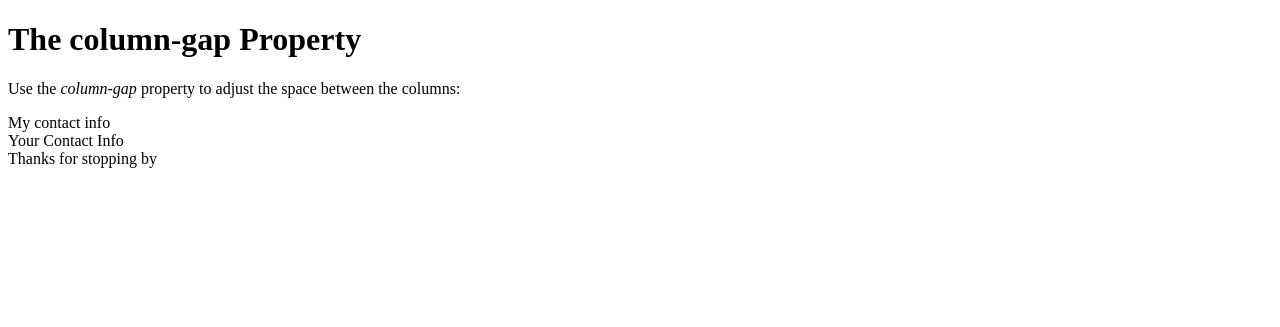
Repository: Melinda-Nanjad-Personal-Website/Personal-web
Page: test.html
An editor plug-in stored every save of this project. The page is shown before and after the next save, followed by the edit.
The browser window is 1280 px wide. The pictures show the whole page.

Above is the page before, as saved 2023-07-27 20:57:44.

After the next save:
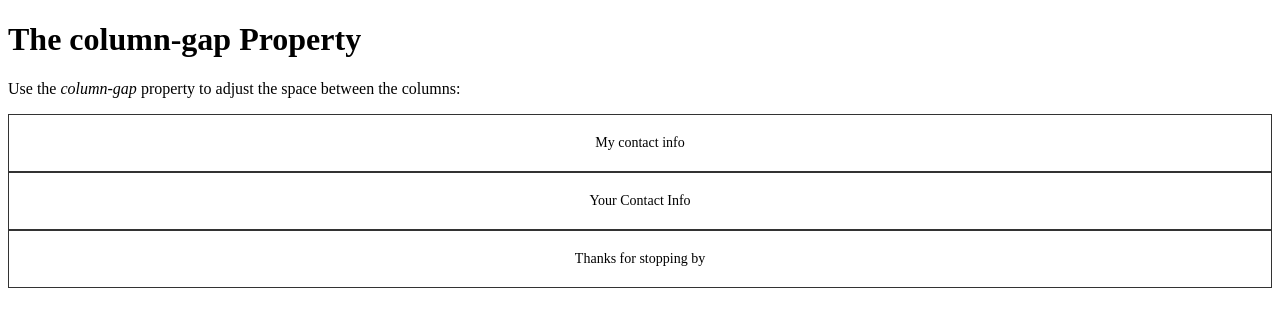
Saved 82 s later.
--- a/cf.css
+++ b/cf.css
@@ -27,3 +27,19 @@
     grid column 1/5;
     grid-area :right
 }
+
+//test for columns
+.grid-container {
+  display: grid;
+  column-gap: 50px;
+  grid-template-columns: auto auto auto;
+  background-color: #2196F3;
+  padding: 10px;
+}
+
+.grid-item {
+  background-color: rgba(255, 255, 255, 0.8);
+  border: 1px solid rgba(0, 0, 0, 0.8);
+  padding: 20px;
+  font-size: 14px;
+  text-align: center;

After the 4 saves that followed:
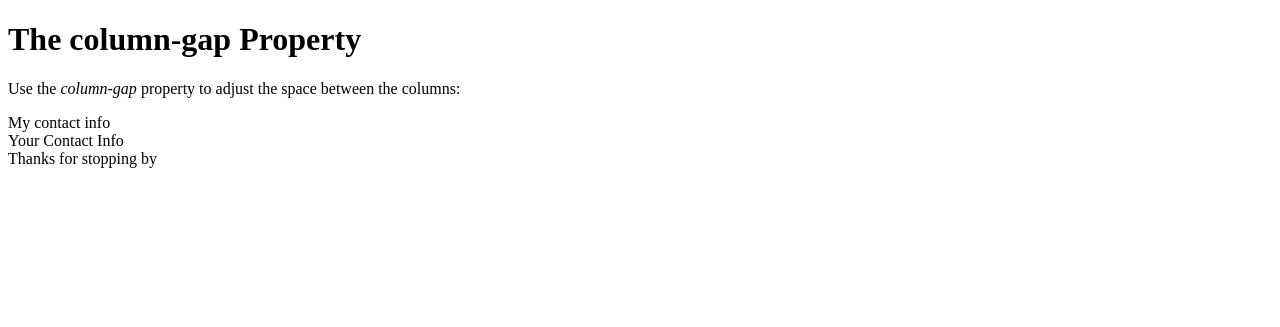
The 4 saves are shown as one change because 3 left the picture as it was.
The last was saved 5 min 44 s later.
--- a/cf.css
+++ b/cf.css
@@ -27,19 +27,3 @@
     grid column 1/5;
     grid-area :right
 }
-
-//test for columns
-.grid-container {
-  display: grid;
-  column-gap: 50px;
-  grid-template-columns: auto auto auto;
-  background-color: #2196F3;
-  padding: 10px;
-}
-
-.grid-item {
-  background-color: rgba(255, 255, 255, 0.8);
-  border: 1px solid rgba(0, 0, 0, 0.8);
-  padding: 20px;
-  font-size: 14px;
-  text-align: center;
